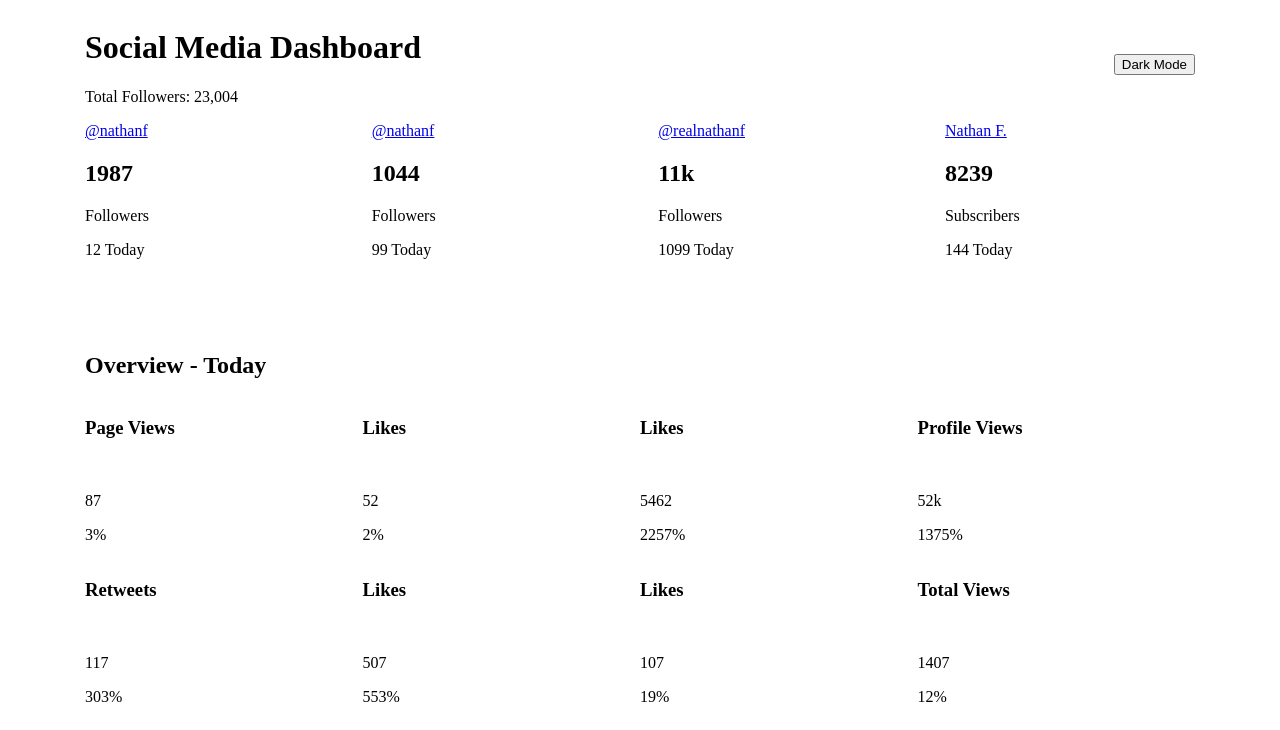
Repository: mamulini/social-media-dashboard-with-theme-switcher-master
Page: index.html
These files come from the project's save history. The page is drawn as it stood at one moment and after the next save; the edit follows.
The browser window is 1280 px wide. The pictures show the whole page.

Above is the page before, as saved 2020-04-06 12:43:15.

### index.html
<!DOCTYPE html>
<html lang="en">

<head>
  <meta charset="UTF-8">
  <meta name="viewport" content="width=device-width, initial-scale=1.0">
  <link rel="icon" type="image/png" sizes="32x32" href="./images/favicon-32x32.png">
  <link rel="stylesheet" href="./css/style.css">
  <title>Frontend Mentor | [Challenge Name Here]</title>
</head>

<body>
  <main class="dashboard container">
    <header class="header">
      <div class="title">
        <h1 class="title__name">Social Media Dashboard</h1>
        <p class="title__total">Total Followers: 23,004</p>
      </div>
      <button class="theme" type="button">Dark Mode</button>
    </header>
    <div class="followers_block">
      <div class="folowers">
        <a class="followers__link" href="#">@nathanf</a>
        <h2 class="followers__sum">1987</h2>
        <p class="followers__title">Followers</p>
        <p class="followers__today">12 Today</p>
      </div>
      <div class="folowers">
        <a class="followers__link" href="#">@nathanf
        </a>
        <h2 class="followers__sum">1044</h2>
        <p class="followers__title">Followers</p>
        <p class="followers__today">99 Today</p>
      </div>
      <div class="folowers">
        <a class="followers__link" href="#">@realnathanf


        </a>
        <h2 class="followers__sum">11k</h2>
        <p class="followers__title">Followers</p>
        <p class="followers__today">1099 Today</p>
      </div>
      <div class="folowers">
        <a class="followers__link" href="#">Nathan F.
        </a>
        <h2 class="followers__sum">8239</h2>
        <p class="followers__title">Subscribers</p>
        <p class="followers__today">144 Today</p>
      </div>

    </div>
    <div class="overview">
      <h2 class="overview__title">Overview - Today</h2>
    </div>
    <div class="likes_counter">
      <div class="likes">
        <h3 class="likes__title">Page Views</h3>
        <img src="" alt="" class="like__icon">
        <p class="likes__num">87</p>
        <p class="likes__procent">3%</p>
      </div>
      <div class="likes">
        <h3 class="likes__title">Likes</h3>
        <img src="" alt="" class="like__icon">
        <p class="likes__num">52</p>
        <p class="likes__procent">2%</p>
      </div>
      <div class="likes">
        <h3 class="likes__title">Likes</h3>
        <img src="" alt="" class="like__icon">
        <p class="likes__num">5462</p>
        <p class="likes__procent">2257%</p>
      </div>
      <div class="likes">
        <h3 class="likes__title">Profile Views</h3>
        <img src="" alt="" class="like__icon">
        <p class="likes__num">52k</p>
        <p class="likes__procent">1375%</p>
      </div>
      <div class="likes">
        <h3 class="likes__title">Retweets</h3>
        <img src="" alt="" class="like__icon">
        <p class="likes__num">117</p>
        <p class="likes__procent">303%</p>
      </div>
      <div class="likes">
        <h3 class="likes__title">Likes</h3>
        <img src="" alt="" class="like__icon">
        <p class="likes__num">507</p>
        <p class="likes__procent">553%</p>
      </div>
      <div class="likes">
        <h3 class="likes__title">Likes</h3>
        <img src="" alt="" class="like__icon">
        <p class="likes__num">107</p>
        <p class="likes__procent">19%</p>
      </div>
      <div class="likes">
        <h3 class="likes__title">Total Views</h3>
        <img src="" alt="" class="like__icon">
        <p class="likes__num">1407</p>
        <p class="likes__procent">12%</p>
      </div>
    </div>
  </main>
  <!-- <div class="attribution">
    Challenge by <a href="https://www.frontendmentor.io?ref=challenge" target="_blank">Frontend Mentor</a>.
    Coded by <a href="#">Your Name Here</a>.
  </div> -->
</body>

</html>

### css/style.css
.container{
    max-width: 1110px;
    margin: 0 auto;

}

.header{
    display: flex;
    justify-content: space-between;
    align-items: center;
}

.followers_block{
    display: flex;
    justify-content: space-between;
}

.folowers{
    width: 250px;
    height: 210px;
}

.likes_counter{
    display: flex;
    justify-content: space-between;
    flex-wrap: wrap;
}

.likes{
    flex: 0 0 25%
}






.attribution { font-size: 11px; text-align: center; }
.attribution a { color: hsl(228, 45%, 44%); }

After the next save:
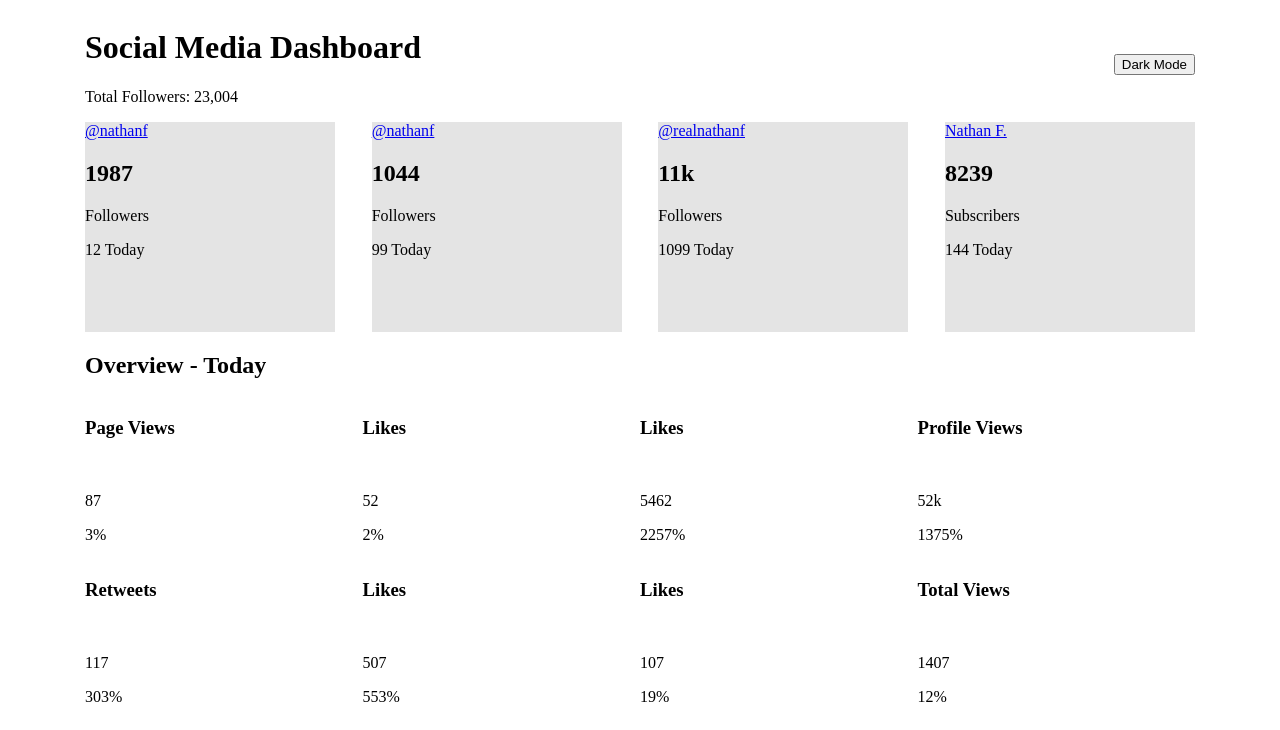
Saved 14 s later.
--- a/css/style.css
+++ b/css/style.css
@@ -18,6 +18,7 @@
 .folowers{
     width: 250px;
     height: 210px;
+    background: #e4e4e4;
 }
 
 .likes_counter{
